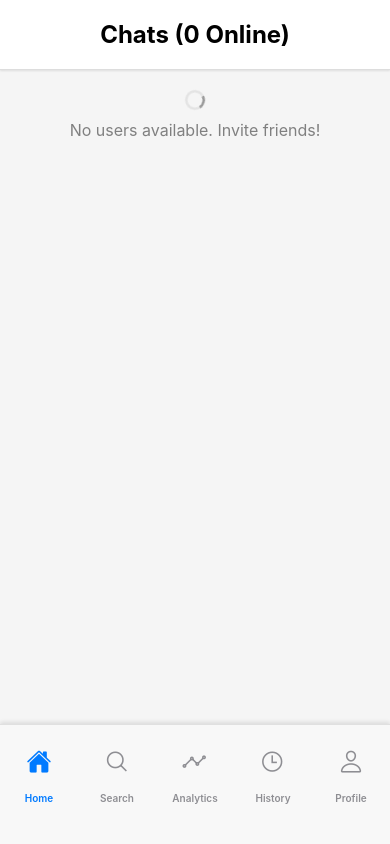
Repository: UdayRaj04/Chatapp_native
Screen: /MainTabs (app in ChatAppFrontend/)
An editor plug-in stored every save of this project. The screen is shown before and after a run of saves, followed by the edit.
The app was drawn by React Native's web renderer in a window 390 px wide. The project was rebuilt for these pictures with package versions that can differ from the ones it lists, and the page was loaded fresh each time. Some packages were replaced by stand-ins written for this rebuild. Also part of the build but not shown: ChatAppFrontend/screens/RegisterScreen.tsx, ChatAppFrontend/screens/ChatScreen.tsx, ChatAppFrontend/screens/SearchScreen.tsx, ChatAppFrontend/screens/AnalyticsScreen.tsx, ChatAppFrontend/screens/HistoryScreen.tsx, ChatAppFrontend/screens/ProfileScreen.tsx.

Above is the screen before, as saved 2025-09-09 17:39:21.

### ChatAppFrontend/App.tsx
import 'react-native-get-random-values';  // Polyfill first
import React from 'react';
import { NavigationContainer } from '@react-navigation/native';
import { createStackNavigator } from '@react-navigation/stack';
import { createBottomTabNavigator } from '@react-navigation/bottom-tabs';
import { Ionicons } from '@expo/vector-icons';
import { LogBox, View } from 'react-native';
import { SafeAreaProvider } from 'react-native-safe-area-context';  // New: For dynamic insets

// Suppress warnings
LogBox.ignoreLogs([
  'Text strings must be rendered within a <Text> component',
  'VirtualizedList: You have a large list that is slow to initial render',
  'Require cycle:',
  /Warning: [A-Za-z ]*Text strings[A-Za-z ]*/,
]);

// Your existing screens
import LoginScreen from './screens/LoginScreen';
import RegisterScreen from './screens/RegisterScreen';
import ChatListScreen from './screens/ChatListScreen';
import ChatScreen from './screens/ChatScreen';

// Placeholder screens (ensure they exist)
import SearchScreen from './screens/SearchScreen';
import AnalyticsScreen from './screens/AnalyticsScreen';
import HistoryScreen from './screens/HistoryScreen';
import ProfileScreen from './screens/ProfileScreen';

const Stack = createStackNavigator();
const Tab = createBottomTabNavigator();

// Main Tab Navigator (enhanced with safe area for no overlap)
function MainTabs() {
  return (
    <Tab.Navigator
      screenOptions={({ route }) => ({
        tabBarIcon: ({ focused, color, size }) => {
          let iconName: keyof typeof Ionicons.glyphMap;

          if (route.name === 'Chats') {
            iconName = focused ? 'home' : 'home-outline';
          } else if (route.name === 'Search') {
            iconName = focused ? 'search' : 'search-outline';
          } else if (route.name === 'Analytics') {
            iconName = focused ? 'analytics' : 'analytics-outline';
          } else if (route.name === 'History') {
            iconName = focused ? 'time' : 'time-outline';
          } else {
            iconName = focused ? 'person' : 'person-outline';
          }

          return <Ionicons name={iconName} size={size} color={color} />;
        },
        tabBarActiveTintColor: '#007AFF',
        tabBarInactiveTintColor: '#8e8e93',
        tabBarStyle: {
          backgroundColor: '#f8f8f8',
          borderTopWidth: 0.5,
          borderTopColor: '#e0e0e0',
          elevation: 8,
          shadowColor: '#000',
          shadowOffset: { width: 0, height: -2 },
          shadowOpacity: 0.1,
          shadowRadius: 4,
          height: 120,  // Increased: Taller tab bar (60 was too tight; 70 + labels)
          paddingBottom: 40,  // Reduced top padding for balance
          paddingTop: 5,
          position: 'absolute',  // Explicit: Ensures absolute positioning
          bottom: 0,  // Pin to bottom
          left: 0,
          right: 0,
          marginBottom: 0,  // No extra margin
        },
        tabBarLabelStyle: {
          fontSize: 10,
          fontWeight: '600',
          marginBottom: 0,  // Tight labels
        },
        headerShown: false,
        lazy: true,
        // New: Apply safe area padding to tab screens (prevents overlap)
        cardStyle: { paddingBottom: 0 },  // No extra card padding
      })}
    >
      <Tab.Screen name="Chats" component={ChatListScreen} options={{ title: 'Home' }} />
      <Tab.Screen name="Search" component={SearchScreen} options={{ title: 'Search' }} />
      <Tab.Screen name="Analytics" component={AnalyticsScreen} options={{ title: 'Analytics' }} />
      <Tab.Screen name="History" component={HistoryScreen} options={{ title: 'History' }} />
      <Tab.Screen name="Profile" component={ProfileScreen} options={{ title: 'Profile' }} />
    </Tab.Navigator>
  );
}

// Main App - Wrapped in SafeAreaProvider
export default function App() {
  return (
    <SafeAreaProvider>  {/* New: Enables useSafeAreaInsets() */}
      <View style={{ flex: 1 }}>
        <NavigationContainer>
          <Stack.Navigator
            initialRouteName="Login"
            screenOptions={{
              headerShown: false,
              cardStyle: { backgroundColor: '#f5f5f5' },
            }}
          >
            <Stack.Screen name="Login" component={LoginScreen} />
            <Stack.Screen name="Register" component={RegisterScreen} />
            <Stack.Screen name="MainTabs" component={MainTabs} />
            <Stack.Screen
              name="Chat"
              component={ChatScreen}
              options={{
                headerShown: true,
                headerTitle: 'Chat',
                headerStyle: { backgroundColor: '#007AFF' },
                headerTintColor: '#fff',
                presentation: 'modal',
                // Hide tabs in chat to avoid overlap
                tabBarStyle: { display: 'none' },
              }}
            />
          </Stack.Navigator>
        </NavigationContainer>
      </View>
    </SafeAreaProvider>
  );
}

### ChatAppFrontend/screens/LoginScreen.tsx
import React, { useState } from 'react';
import {
  View,
  TextInput,
  TouchableOpacity,
  Text,
  StyleSheet,
  Alert,
  ActivityIndicator,
  KeyboardAvoidingView,
  Platform,
  Image,  // New: For logo
} from 'react-native';
import { Ionicons } from '@expo/vector-icons';  // For input icons
import { useSafeAreaInsets } from 'react-native-safe-area-context';  // For insets (provider in App.tsx)
import { useNavigation } from '@react-navigation/native';  // For navigation
import AsyncStorage from '@react-native-async-storage/async-storage';
import axios, { AxiosError } from 'axios';

const API_BASE = 'http://192.168.29.93:5000/api';

interface LoginResponse {
  token: string;
  user: {
    id?: string;
    _id?: string;
    username: string;
    email: string;
  };
}

export default function LoginScreen() {
  const [email, setEmail] = useState<string>('');
  const [password, setPassword] = useState<string>('');
  const [loading, setLoading] = useState<boolean>(false);
  const [emailError, setEmailError] = useState<string>('');
  const [passwordError, setPasswordError] = useState<string>('');
  const navigation = useNavigation<any>();
  const insets = useSafeAreaInsets();  // Use insets from root provider

  const validateEmail = (email: string): boolean => {
    const emailRegex = /^[^\s@]+@[^\s@]+\.[^\s@]+$/;
    if (!email) {
      setEmailError('Email is required');
      return false;
    }
    if (!emailRegex.test(email)) {
      setEmailError('Invalid email format');
      return false;
    }
    setEmailError('');
    return true;
  };

  const validatePassword = (password: string): boolean => {
    if (!password) {
      setPasswordError('Password is required');
      return false;
    }
    if (password.length < 6) {
      setPasswordError('Password must be at least 6 characters');
      return false;
    }
    setPasswordError('');
    return true;
  };

  const handleLogin = async (): Promise<void> => {
    if (!validateEmail(email) || !validatePassword(password)) return;

    setLoading(true);
    try {
      const response = await axios.post<LoginResponse>(`${API_BASE}/auth/login`, {
        email,
        password,
      });
      await AsyncStorage.setItem('token', response.data.token);
      await AsyncStorage.setItem('user', JSON.stringify(response.data.user));
      navigation.replace('MainTabs');  // Navigate to tabs on success
    } catch (err) {
      const error = err as AxiosError;
      Alert.alert('Login Failed', error.response?.data?.error || 'Invalid credentials');
    } finally {
      setLoading(false);
    }
  };

  return (
    <KeyboardAvoidingView
      style={[styles.container, { paddingTop: insets.top }]}
      behavior={Platform.OS === 'ios' ? 'padding' : 'height'}
      enabled={true}
    >
      {/* Title with Logo */}
      <View style={styles.titleContainer}>
        {/* New: Bigger Logo */}
        <Image
          source={require('../assets/logos.png')}  // Adjust path if needed (e.g., '../../assets/logo.png')
          style={styles.logo}
          resizeMode="contain"
        />
        <Text style={styles.title}>Seamless Chat</Text>
        <Text style={styles.subtitle}>Welcome back! Sign in to continue</Text>
      </View>

      {/* Form */}
      <View style={styles.formContainer}>
        {/* Email Input */}
        <View style={styles.inputContainer}>
          <Ionicons name="mail" size={24} color="#999" style={styles.inputIcon} />
          <TextInput
            style={[styles.input, emailError ? styles.inputError : null]}
            value={email}
            onChangeText={(text) => {
              setEmail(text);
              if (emailError) validateEmail(text);
            }}
            placeholder="Email"
            keyboardType="email-address"
            autoCapitalize="none"
            onBlur={() => validateEmail(email)}
          />
        </View>
        {emailError ? <Text style={styles.errorText}>{emailError}</Text> : null}

        {/* Password Input */}
        <View style={styles.inputContainer}>
          <Ionicons name="lock-closed" size={24} color="#999" style={styles.inputIcon} />
          <TextInput
            style={[styles.input, passwordError ? styles.inputError : null]}
            value={password}
            onChangeText={(text) => {
              setPassword(text);
              if (passwordError) validatePassword(text);
            }}
            placeholder="Password"
            secureTextEntry={true}
            onBlur={() => validatePassword(password)}
          />
        </View>
        {passwordError ? <Text style={styles.errorText}>{passwordError}</Text> : null}

        {/* Login Button */}
        <TouchableOpacity
          style={[styles.button, loading ? styles.buttonDisabled : null]}
          onPress={handleLogin}
          disabled={loading}
          activeOpacity={0.7}
        >
          {loading ? (
            <ActivityIndicator size="small" color="#fff" />
          ) : (
            <Text style={styles.buttonText}>Login</Text>
          )}
        </TouchableOpacity>

        {/* Register Link */}
        <TouchableOpacity
          style={styles.linkContainer}
          onPress={() => navigation.navigate('Register')}
        >
          <Text style={styles.linkText}>Don't have an account? Register</Text>
        </TouchableOpacity>
      </View>
    </KeyboardAvoidingView>
  );
}

const styles = StyleSheet.create({
  container: {
    flex: 1,
    backgroundColor: '#f5f5f5',
    justifyContent: 'center',
    alignItems: 'center',
  },
  titleContainer: {
    alignItems: 'center',
    marginBottom: 50,  // Increased: More space after logo/title to form
  },
  // New: Logo Style (Bigger, Centered)
  logo: {
    width: 120,  // Bigger size - adjust as needed (e.g., 100 for smaller)
    height: 120,
    marginBottom: 20,  // Space between logo and title
    alignSelf: 'center',
  },
  title: {
    fontSize: 32,
    fontWeight: 'bold',
    color: '#333',
    marginBottom: 5,
  },
  subtitle: {
    fontSize: 16,
    color: '#666',
    textAlign: 'center',
  },
  formContainer: {
    width: '85%',  // Responsive width
    alignItems: 'center',
  },
  inputContainer: {
    flexDirection: 'row',
    alignItems: 'center',
    backgroundColor: '#fff',
    borderRadius: 10,
    marginBottom: 15,
    paddingHorizontal: 15,
    elevation: 2,
    shadowColor: '#000',
    shadowOffset: { width: 0, height: 1 },
    shadowOpacity: 0.1,
    shadowRadius: 2,
    width: '100%',
  },
  inputIcon: {
    marginRight: 10,
  },
  input: {
    flex: 1,
    paddingVertical: 12,
    fontSize: 16,
    color: '#333',
  },
  inputError: {
    borderWidth: 1,
    borderColor: '#ff6b6b',
  },
  errorText: {
    color: '#ff6b6b',
    fontSize: 12,
    marginBottom: 10,
    alignSelf: 'flex-start',
  },
  button: {
    backgroundColor: '#007AFF',
    borderRadius: 10,
    paddingVertical: 15,
    width: '100%',
    alignItems: 'center',
    marginTop: 10,
    elevation: 2,
    shadowColor: '#007AFF',
    shadowOffset: { width: 0, height: 2 },
    shadowOpacity: 0.2,
    shadowRadius: 4,
  },
  buttonDisabled: {
    backgroundColor: '#ccc',
  },
  buttonText: {
    color: '#fff',
    fontSize: 18,
    fontWeight: 'bold',
  },
  linkContainer: {
    marginTop: 20,
    alignItems: 'center',
  },
  linkText: {
    color: '#007AFF',
    fontSize: 16,
    textDecorationLine: 'underline',
  },
});

### ChatAppFrontend/screens/ChatListScreen.tsx
import React, { useState, useEffect } from 'react';
import {
  View,
  FlatList,
  Text,
  TouchableOpacity,
  StyleSheet,
  Alert,
  ActivityIndicator,
} from 'react-native';
import { Ionicons } from '@expo/vector-icons';  // New: For user icons (person-circle)
import { useSafeAreaInsets } from 'react-native-safe-area-context';  // From previous (for padding)
import AsyncStorage from '@react-native-async-storage/async-storage';
import axios, { AxiosError } from 'axios';
import io, { Socket } from 'socket.io-client';

const API_BASE = 'http://192.168.29.93:5000/api';

interface User {
  _id: string;
  id?: string;
  username: string;
  email: string;
}

export default function ChatListScreen({ navigation }: { navigation: any }) {
  const [users, setUsers] = useState<User[]>([]);
  const [loading, setLoading] = useState<boolean>(true);
  const [currentUser, setCurrentUser] = useState<User | null>(null);
  const [socket, setSocket] = useState<Socket | null>(null);
  const [onlineUsers, setOnlineUsers] = useState<Set<string>>(new Set());

  // Safe area for dynamic padding (from previous)
  const insets = useSafeAreaInsets();
  const bottomPadding = Math.max(120, insets.bottom + 70);

  useEffect(() => {
    loadUser();
    fetchUsers();

    const initSocket = async () => {
      const token = await AsyncStorage.getItem('token');
      if (token) {
        const newSocket = io(API_BASE.replace('/api', ''), {
          auth: { token },
        });
        setSocket(newSocket);
        newSocket.on('connect_error', () => Alert.alert('Socket Error', 'Connection failed'));

        newSocket.on('userOnline', (data) => {
          console.log('User online:', data.userId);
          setOnlineUsers((prev) => new Set([...prev, data.userId]));
        });

        newSocket.on('userOffline', (data) => {
          console.log('User offline:', data.userId);
          setOnlineUsers((prev) => {
            const newSet = new Set(prev);
            newSet.delete(data.userId);
            return newSet;
          });
        });

        newSocket.on('onlineUsersList', (data) => {
          console.log('Initial online users:', data.onlineUsers);
          setOnlineUsers(new Set(data.onlineUsers));
        });

        newSocket.on('connect', () => {
          console.log('Socket connected - requesting online users');
          newSocket.emit('getOnlineUsers');
        });
      }
    };
    initSocket();

    return () => {
      socket?.disconnect();
    };
  }, []);

  const loadUser = async (): Promise<void> => {
    const userStr = await AsyncStorage.getItem('user');
    if (userStr) {
      setCurrentUser(JSON.parse(userStr));
    }
    setLoading(false);
  };

  const fetchUsers = async (): Promise<void> => {
    const token = await AsyncStorage.getItem('token');
    if (!token) return;
    try {
      const response = await axios.get<User[]>(`${API_BASE}/users`, {
        headers: { Authorization: `Bearer ${token}` },
      });
      const validUsers = response.data.filter(u =>
        u && u.username && (u._id || u.id) && typeof u.username === 'string'
      );
      setUsers(validUsers);
    } catch (err) {
      const error = err as AxiosError;
      Alert.alert('Error', error.response?.data?.error || 'Failed to load users');
    }
  };

  const startChat = (otherUser: User): void => {
    const userId = otherUser.id || otherUser._id;
    console.log('Starting chat with userId:', userId);
    if (!userId) {
      Alert.alert('Error', 'Invalid user data');
      return;
    }
    navigation.navigate('Chat', {
      otherUserId: userId,
      otherUserName: otherUser.username,
    });
  };

  const renderUser = ({ item }: { item: User }): JSX.Element => {
    if (!item || !item.username || !(item._id || item.id)) {
      return (
        <View style={styles.userItem}>
          <View style={styles.userContent}>
            <Text style={styles.username}>Invalid user entry</Text>
          </View>
        </View>
      );
    }
    const userId = item.id || item._id;
    const isOnline = onlineUsers.has(userId);
    const userIdShort = userId.substring(0, 8) + '...';
    return (
      <TouchableOpacity onPress={() => startChat(item)} style={styles.userItem} activeOpacity={0.7}>
        <View style={styles.userContent}>
          {/* New: User icon on left */}
          <View style={styles.iconContainer}>
            <Ionicons
              name="person-circle"
              size={50}
              color={isOnline ? '#4CAF50' : '#ccc'}  // Green for online, gray for offline
            />
            {/* Optional: Small online dot (green circle below icon) */}
            {isOnline && (
              <View style={styles.onlineDot} />
            )}
          </View>
          {/* Text content on right */}
          <View style={styles.textContent}>
            <Text style={styles.username}>{item.username}</Text>
            {isOnline && <Text style={styles.onlineBadge}>Online</Text>}
            <Text style={styles.idText}>{"(ID: " + userIdShort + ")"}</Text>
          </View>
        </View>
      </TouchableOpacity>
    );
  };

  const renderEmpty = (): JSX.Element => (
    <View style={[styles.emptyContainer, { paddingBottom: bottomPadding }]}>
      <ActivityIndicator size="small" color="#999" />
      <Text style={styles.emptyText}>No users available. Invite friends!</Text>
    </View>
  );

  if (loading) {
    return (
      <View style={styles.loadingContainer}>
        <ActivityIndicator size="large" color="#0000ff" />
        <Text style={styles.loadingText}>Loading chats...</Text>
      </View>
    );
  }

  return (
    <View style={styles.container}>
      <Text style={styles.title}>Chats ({onlineUsers.size} Online)</Text>
      <FlatList
        data={users}
        keyExtractor={(item, index) => (item._id || item.id || index.toString())}
        renderItem={renderUser}
        ListEmptyComponent={renderEmpty}
        contentContainerStyle={[styles.listContent, { paddingBottom: bottomPadding }]}
        style={{ flex: 1 }}
        keyboardShouldPersistTaps="handled"
        bounces={true}
        showsVerticalScrollIndicator={true}
        initialNumToRender={10}
        maxToRenderPerBatch={5}
        windowSize={10}
        removeClippedSubviews={true}
        extraData={users}
        getItemLayout={(data, index) => ({ length: 70, offset: 70 * index, index })}
      />
    </View>
  );
}

const styles = StyleSheet.create({
  container: {
    flex: 1,
    backgroundColor: '#f5f5f5',
  },
  title: {
    fontSize: 24,
    fontWeight: 'bold',
    padding: 20,
    textAlign: 'center',
    backgroundColor: '#fff',
    borderBottomWidth: 1,
    borderBottomColor: '#ddd',
    elevation: 2,
    shadowColor: '#000',
    shadowOffset: { width: 0, height: 1 },
    shadowOpacity: 0.1,
    shadowRadius: 2,
  },
  loadingContainer: {
    flex: 1,
    justifyContent: 'center',
    alignItems: 'center',
  },
  loadingText: {
    marginTop: 10,
    fontSize: 16,
    color: '#666',
  },
  listContent: {
    paddingHorizontal: 10,
  },
  userItem: {
    backgroundColor: '#fff',
    marginVertical: 5,
    marginHorizontal: 10,
    borderRadius: 10,
    padding: 15,
    elevation: 2,
    shadowColor: '#000',
    shadowOffset: { width: 0, height: 1 },
    shadowOpacity: 0.2,
    shadowRadius: 1.41,
    // New: Taller for icon row
    minHeight: 70,
  },
  userContent: {
    flex: 1,
    flexDirection: 'row',  // New: Row for icon + text
    alignItems: 'center',  // New: Vertical center
  },
  // New: Icon container (left side)
  iconContainer: {
    marginRight: 15,  // Space between icon and text
    position: 'relative',  // For online dot positioning
  },
  // New: Text content wrapper (right side)
  textContent: {
    flex: 1,  // Take remaining space
    flexDirection: 'column',  // Stack username, badge, ID
    justifyContent: 'flex-start',
  },
  username: {
    fontSize: 18,
    fontWeight: 'bold',
    marginBottom: 2,  // Small space before badge/ID
  },
  onlineBadge: {
    fontSize: 12,
    color: '#4CAF50',
    fontWeight: 'bold',
    marginBottom: 2,
  },
  idText: {
    fontSize: 12,
    color: 'gray',
  },
  // New: Online status dot (small green circle under icon)
  onlineDot: {
    position: 'absolute',
    bottom: 0,
    right: 0,
    width: 12,
    height: 12,
    borderRadius: 6,
    backgroundColor: '#4CAF50',
    borderWidth: 2,
    borderColor: '#fff',  // White border for visibility
  },
  emptyContainer: {
    justifyContent: 'center',
    alignItems: 'center',
    padding: 20,
  },
  emptyText: {
    fontSize: 16,
    color: 'gray',
    textAlign: 'center',
    marginTop: 10,
  },
});

Loaded but not shown: ChatAppFrontend/index.ts (common file)

After the next 3 saves:
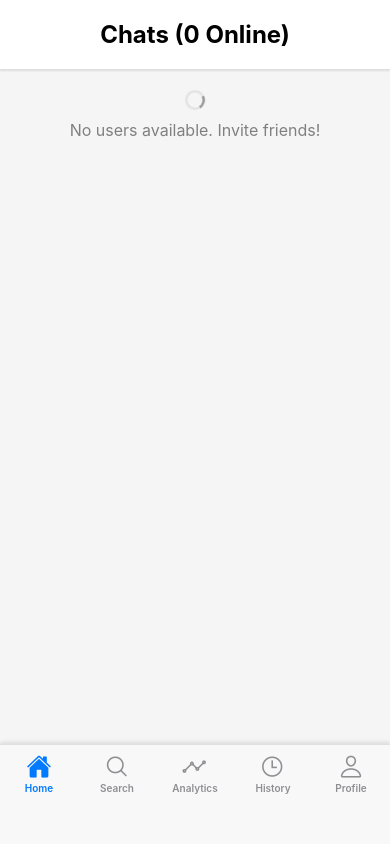
The 3 saves are shown as one change because they came seconds apart.
The last was saved 11 s later.
--- a/ChatAppFrontend/App.tsx
+++ b/ChatAppFrontend/App.tsx
@@ -63,8 +63,8 @@ function MainTabs() {
           shadowOffset: { width: 0, height: -2 },
           shadowOpacity: 0.1,
           shadowRadius: 4,
-          height: 120,  // Increased: Taller tab bar (60 was too tight; 70 + labels)
-          paddingBottom: 40,  // Reduced top padding for balance
+          height: 100,  // Increased: Taller tab bar (60 was too tight; 70 + labels)
+          paddingBottom: 50,  // Reduced top padding for balance
           paddingTop: 5,
           position: 'absolute',  // Explicit: Ensures absolute positioning
           bottom: 0,  // Pin to bottom
